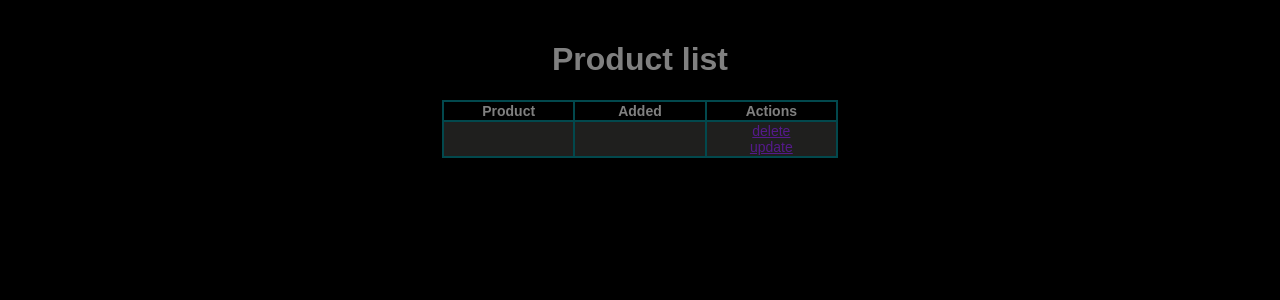
Repository: chaimakr/lab3-microservices-architecture
Page: http://localhost/
These files come from the project's save history. The page is drawn as it stood at one moment and after the next save; the edit follows.
The browser window is 1280 px wide. The pictures show the whole page.
The page is served by the project's application, run on Flask 3 (UI/app.py).

Above is the page before, as saved 2022-05-29 14:50:46.

After the next save:
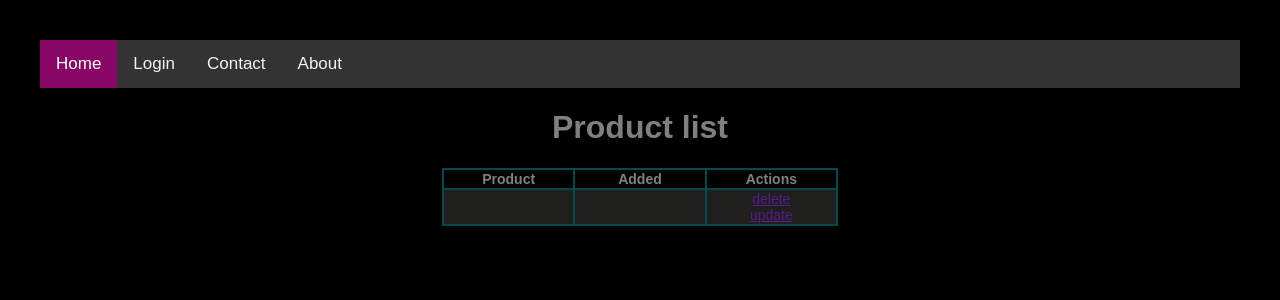
Saved 108 s later.
--- a/UI/templates/base.html
+++ b/UI/templates/base.html
@@ -8,6 +8,7 @@
     {% block head %} {% endblock%}
 </head>
 <body>
+    {% include 'shared/navbar.html' %}
     {% block body %} {% endblock%}
 </body>
 </html>
